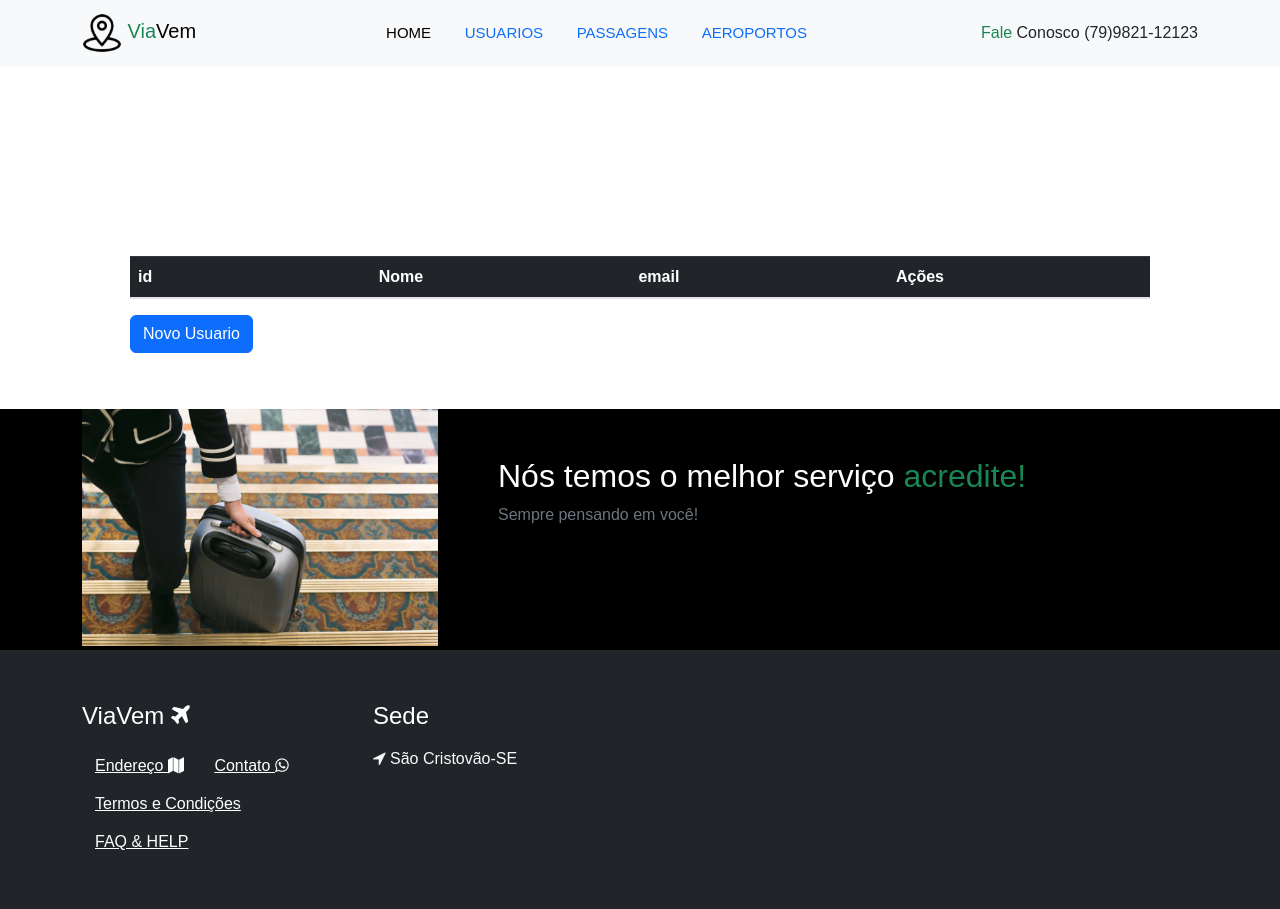
Repository: DavidSaintAnna/Desafio-modulo-4
Page: http://localhost/ViavemMvc/usuario
The author's editor kept a copy of each file at every save. The page is drawn from the files as they stood at one save, then again after the next save.
The browser window is 1280 px wide. The pictures show the whole page.
Some web fonts or font styles are not loaded; a fallback is used. The page is served by Tomcat 9. Other server files are loaded and not shown. Queries for data that is not in the repository find no rows.

Above is the page before, as saved 2023-11-07 22:56:57.
Not found: ViavemMvc/ViavemMvc/script.js

### ViavemMvc/src/main/webapp/views/usuarios/index.jsp
<%@ page language="java" contentType="text/html; charset=ISO-8859-1"
	pageEncoding="ISO-8859-1"%>
<%@ taglib uri="http://java.sun.com/jsp/jstl/core" prefix="jstl"%>

<!DOCTYPE html>
<html lang="pt-br">
<head>
<meta charset="UTF-8">
<meta name="viewport" content="width=device-width, initial-scale=1.0" />
<link rel="icon" href="./assets/img/book-2-fill.svg" type="image/svg" />
<link href="https://cdn.jsdelivr.net/npm/bootstrap@5.2.1/dist/css/bootstrap.min.css" rel="stylesheet">
<link href="https://cdn.jsdelivr.net/npm/remixicon@2.5.0/fonts/remixicon.css" rel="stylesheet">
<meta name="viewport" content="width=device-width, initial-scale=1.0" />
<link rel="stylesheet" href="https://stackpath.bootstrapcdn.com/bootstrap/4.1.3/css/bootstrap.min.css" />
<link href="https://cdn.jsdelivr.net/npm/remixicon@2.5.0/fonts/remixicon.css" rel="stylesheet">
<link rel="icon" type="image/svg+xml" href="assets/images/image 8.svg" />
    <link
      href="https://cdn.jsdelivr.net/npm/bootstrap@5.3.1/dist/css/bootstrap.min.css"
      rel="stylesheet"
      integrity="sha384-4bw+/aepP/YC94hEpVNVgiZdgIC5+VKNBQNGCHeKRQN+PtmoHDEXuppvnDJzQIu9"
      crossorigin="anonymous"
    />
  <link
      rel="stylesheet"
      href="https://cdn.jsdelivr.net/npm/@fortawesome/fontawesome-free@6.2.1/css/fontawesome.min.css"
      integrity="sha384-QYIZto+st3yW+o8+5OHfT6S482Zsvz2WfOzpFSXMF9zqeLcFV0/wlZpMtyFcZALm"
      crossorigin="anonymous"
    />
    <link
      rel="stylesheet"
      href="https://cdnjs.cloudflare.com/ajax/libs/font-awesome/4.7.0/css/font-awesome.min.css"
    />
    <link rel="preconnect" href="https://fonts.googleapis.com" />
    <link rel="preconnect" href="https://fonts.gstatic.com" crossorigin />
    <link
      href="https://fonts.googleapis.com/css2?family=Mulish:wght@400;600;700&display=swap"
      rel="stylesheet"
    />
    <link rel="stylesheet" href="./css/style.css" />
<title>ViaVem | Usuarios</title>
</head>
<body>
		<header class="header">
			 <nav class="navbar navbar-expand-lg bg-light fixed-top">
        <div class="container">
          <a class="navbar-brand" href="#">
            <img src="assets/images/image 8.svg" class="logo" alt="logo" />
            <span class="text-success">Via</span>Vem
          </a>
          <button
            class="navbar-toggler"
            type="button"
            data-bs-toggle="collapse"
            data-bs-target="#navbarNav"
            aria-controls="navbarNav"
            aria-expanded="false"
            aria-label="Toggle navigation"
          >
            <i class="fas fa-stream navbar-toggler-icon"></i>
          </button>
          <div class="collapse navbar-collapse" id="navbarNav">
            <ul class="navbar-nav mx-auto">
		<jsp:include page="../../components/menu.jsp">
			<jsp:param name="home" value="./index.jsp" />
			<jsp:param name="usuarios" value="usuario" />
			<jsp:param name="passagens" value="passagem" />
			<jsp:param name="aeroportos" value="aeroporto" />
		</jsp:include>
		</ul>
            <div class="header_right">
              <div class="text-lg-end">
                <span class="text-success">Fale</span> Conosco
                <span class="phone_no">(79)9821-12123</span>
              </div>
            </div>
          </div>
        </div>
      </nav>
		</header>


<main>
	<h1>Usuarios</h1>
		<section class="container">

			<div class="p-5 mt-10">

				<table class="table table-responsive table-hover">
					<thead class="table-dark custom-thead" >
						<tr>
							<th scope="col">id</th>
							<th scope="col">Nome</th>
							<th scope="col">email</th>
							<th scope="col">Ações</th>
						</tr>
					</thead>
					<tbody class ="custom-tbody">

						<jstl:forEach items="${listaUsuarios}" var="u">
							<tr>
								<td>${u.id}</td>
								<td>${u.nome}</td>
								<td>${u.email}</td>
								<td>
									<div class="d-flex">
										<a href="usuario-edit?id=${u.id}" class="mx-1" title="Editar">
											<i class="ri-file-edit-line"></i>
										</a>
										<a href="usuario-delete?id=${u.id}" class="mx-1" title="Cancelar"
											onclick="return confirm('Deseja excluir o autor ${u.nome}.')">
											<i class="ri-delete-bin-2-line"></i>
										</a>
									</div>
								</td>
							</tr>
						</jstl:forEach>

					</tbody>
				</table>
				<a href="./views/usuarios/create.jsp"
					class="btn btn-primary mb-2 botao1"> Novo Usuario </a>
			</div>
		</section>
	</main>
	 <footer>
      <section id="about" class="bg-black">
        <div class="container">
          <div class="row">
            <div class="col-lg-4 col-md-12 col-12 bg">
              <div class="about-img">
                <img
                  src="assets/images/rolling-suitcase-into-hotel.jpg"
                  alt="travel"
                  class="img-fluid"
                />
              </div>
            </div>
            <div class="col-lg-8 col-md-12 col-12 ps-lg-5 mt-md-5">
              <div class="about-text">
                <h2 class="text-white">
                  Nós temos o melhor serviço
                  <span class="text-success">acredite!</span>
                </h2>
                <p class="text-secondary">Sempre pensando em você!</p>
              </div>
            </div>
          </div>
        </div>
        <div class="container-fluid bg-dark text-light footer pt-1 mt-1">
          <div class="container py-5">
            <div class="row g-5">
              <div class="col-lg-3 col-md-6">
                <h4 class="text-white mb-3">
                  ViaVem <i class="fa fa-plane" aria-hidden="true"></i>
                </h4>
                <a href="#" class="btn btn-link text-white"
                  >Endereço <i class="fa fa-map" aria-hidden="true"></i
                ></a>
                <a href="#" class="btn btn-link text-white"
                  >Contato <i class="fa fa-whatsapp" aria-hidden="true"></i
                ></a>
                <a href="#" class="btn btn-link text-white"
                  >Termos e Condições</a
                >
                <a href="#" class="btn btn-link text-white">FAQ & HELP</a>
              </div>
              <div class="col lg-3 col-md-6">
                <h4 class="text-white mb-3">Sede</h4>
                <p class="mb-2">
                  <i class="fa fa-location-arrow" aria-hidden="true"></i>
                  São Cristovão-SE
                </p>
              </div>
            </div>
          </div>
        </div>
      </section>
    </footer>
    <script
      src="https://cdn.jsdelivr.net/npm/bootstrap@5.3.1/dist/js/bootstrap.bundle.min.js"
      integrity="sha384-HwwvtgBNo3bZJJLYd8oVXjrBZt8cqVSpeBNS5n7C8IVInixGAoxmnlMuBnhbgrkm"
      crossorigin="anonymous"
    ></script>
	<script src="script.js"></script>
	<script src="https://code.jquery.com/jquery-3.3.1.slim.min.js"></script>
	<script src="https://cdnjs.cloudflare.com/ajax/libs/popper.js/1.14.3/umd/popper.min.js"></script>
	<script src="https://stackpath.bootstrapcdn.com/bootstrap/4.1.3/js/bootstrap.min.js"></script>
	<script src="https://cdn.jsdelivr.net/npm/@popperjs/core@2.11.6/dist/umd/popper.min.js"></script>
	<script src="https://cdn.jsdelivr.net/npm/bootstrap@5.2.1/dist/js/bootstrap.min.js"></script>
</body>
</html>

### ViavemMvc/src/main/webapp/components/menu.jsp
<%@ page language="java" contentType="text/html; charset=ISO-8859-1"
	pageEncoding="ISO-8859-1"%>
<ul class="nav justify-content-center">
	<li class="nav-item"><a class="nav-link active"
		aria-current="page" href="<%=request.getParameter("home")%>">Home</a></li>
	<li class="nav-item"><a class="nav-link" href="<%=request.getParameter("usuarios")%>">Usuarios</a>
	</li>
	<li class="nav-item"><a class="nav-link" href="<%=request.getParameter("passagens")%>">Passagens</a></li>
	<li class="nav-item"><a class="nav-link" href="<%=request.getParameter("aeroportos")%>">Aeroportos</a></li>
</ul>

### ViavemMvc/src/main/java/controller/UsuarioController.java
package controller;

import java.io.IOException;
import java.util.List;

import javax.servlet.ServletException;
import javax.servlet.annotation.WebServlet;
import javax.servlet.http.HttpServlet;
import javax.servlet.http.HttpServletRequest;
import javax.servlet.http.HttpServletResponse;

import dao.UsuariosDAO;
import javax.servlet.RequestDispatcher;
import models.Passagens;
import models.Usuarios;

@WebServlet(urlPatterns = { "/usuario", "/usuario-create", "/usuario-edit", "/usuario-update", "/usuario-delete" })
public class UsuarioController extends HttpServlet {
	private static final long serialVersionUID = 1L;
	UsuariosDAO udao = new UsuariosDAO();
	Usuarios usuario = new Usuarios();


    public UsuarioController() {
        super();
        // TODO Auto-generated constructor stub
    }


	protected void doGet(HttpServletRequest request, HttpServletResponse response) throws ServletException, IOException {
		// TODO Auto-generated method stub
		String action = request.getServletPath();
		switch(action) {
		case "/usuario":
			read(request,response);
			break;
		case "/usuario-delete":
			delete(request, response);
			break;
		case "/usuario-create":
			create(request, response);
			break;
		case "/usuario-edit":
			edit(request, response);
			break;
		case "/usuario-update":
			update(request, response);
			break;

		default:
				response.sendRedirect("index.html");
			break;
	}

	}

	protected void read(HttpServletRequest request, HttpServletResponse response) throws ServletException, IOException {
		List<Usuarios> lista = udao.read();
		request.setAttribute("listaUsuarios",lista);
		RequestDispatcher rd = request.getRequestDispatcher("./views/usuarios/index.jsp");
		rd.forward(request,response);
	}

	protected void create(HttpServletRequest request, HttpServletResponse response) throws ServletException, IOException {
		usuario.setNome(request.getParameter("nome"));
		usuario.setEmail(request.getParameter("email"));
		usuario.setSenha(request.getParameter("senha"));
		int id_passagem = Integer.parseInt(request.getParameter("id_passagem"));
		Passagens passagens = new Passagens();
		passagens.setId(id_passagem);
		usuario.setPassagens(passagens);
		udao.create(usuario);
		response.sendRedirect("usuario");
	}

	protected void edit(HttpServletRequest request, HttpServletResponse response) throws ServletException, IOException {
		int id = Integer.parseInt(request.getParameter("id"));

		usuario = udao.readById(id);

		request.setAttribute("usuario", usuario);

		RequestDispatcher rd = request.getRequestDispatcher("./views/usuarios/update.jsp");
		rd.forward(request, response);
	}

	protected void update(HttpServletRequest request, HttpServletResponse response)throws ServletException, IOException {

		usuario.setId(Integer.parseInt(request.getParameter("id")));
		usuario.setNome(request.getParameter("nome"));
		usuario.setEmail(request.getParameter("email"));
		usuario.setSenha(request.getParameter("senha"));

		udao.update(usuario);
		response.sendRedirect("usuario");
	}

	protected void delete(HttpServletRequest request, HttpServletResponse response) throws ServletException, IOException {
		int id = Integer.parseInt(request.getParameter("id"));
		udao.delete(id);
		response.sendRedirect("usuario");
	}



}

### ViavemMvc/src/main/java/factory/ConnectionFactory.java
package factory;

import java.sql.Connection;
import java.sql.DriverManager;

public class ConnectionFactory {
    private static final String USERNAME = "root";

    private static final String PASSWORD = "1234";

    private static final String DATABASE_URL = "jdbc:mysql://localhost:3306/db";

    public static Connection createConnectionToMySQL() throws Exception {
    	Class.forName("com.mysql.cj.jdbc.Driver");
        Connection connection = DriverManager.getConnection(DATABASE_URL, USERNAME, PASSWORD);
        return connection;
    }

    public static void main(String[] args) throws Exception {
        Connection con = createConnectionToMySQL();
        if (con != null) {
            System.out.println("connection started!");
            con.close();
        }
    }
}

### ViavemMvc/src/main/webapp/css/style.css
* {
  margin: 0;
  padding: 0;
  box-sizing: border-box;
  -webkit-font-smoothing: antialiased;
  -moz-osx-font-smoothing: grayscale;
}

html,
body,
input {
  font-family: "Mulish", sans-serif;
}

.logo {
  width: 2.5rem;
  height: 2.5rem;
}



ul {
	display: flex;
	gap : 1.1rem;

}

.section-padding {
  padding: 100px 0;
}

.carousel-item {
  height: 100vh;
  min-height: 300px;
}

.carousel-caption {
  border-bottom: 220px;
  z-index: 2;
}

.carousel-caption h5 {
  font-size: 45px;
  text-transform: uppercase;
  letter-spacing: 2px;
  margin-top: 25px;
}

.carousel-caption p {
  width: 60%;
  margin: auto;
  font-size: 18px;
  line-height: 1.9;
}
.navbar-nav a {
  font-size: 15px;
  text-transform: uppercase;
  font-weight: 500;
}

.navbar-light .navbar-brand {
  color: #000;
  font-size: 25px;
  text-transform: uppercase;
  font-weight: 700;
  letter-spacing: 2px;
}

.w-100 {
  height: 100vh;
}

.custom-thead th,
.custom-tbody td {
  width: 600px; /* Adjust the width as needed */
}

.mt-10 {
	margin-top: 10rem;
}
h1 {
	color: black;
}
@media only screen and (min-width: 768px) and (max-width: 991px) {
  .carousel-caption {
    bottom: 370px;
  }
  .carousel-caption p {
    width: 100%;
  }

}


@media only screen and (max-width: 767px) {
  .navbar-nav {
    text-align: center;
  }
  .carousel-caption {
    bottom: 125px;
  }
  .carousel-caption h5 {
    font-size: 17px;
  }
  .carousel-caption a {
    padding: 10px 15px;
  }
  .carousel-item {
    height: 67vh;
    min-height: 300px;
  }
  .carousel-inner > img {
    height: 53vh;
  }
  .w-100 {
    height: 53vh;
  }
}

### ViavemMvc/src/main/webapp/assets/images/image 8.svg
<svg width="292" height="292" viewBox="0 0 292 292" fill="none" xmlns="http://www.w3.org/2000/svg" xmlns:xlink="http://www.w3.org/1999/xlink">
<rect width="292" height="292" fill="url(#pattern0)"/>
<defs>
<pattern id="pattern0" patternContentUnits="objectBoundingBox" width="1" height="1">
<use xlink:href="#image0_10_7" transform="scale(0.00195312)"/>
</pattern>
<image id="image0_10_7" width="512" height="512" xlink:href="data:[embedded picture, 24286 characters]"/>
</defs>
</svg>

After the next save:
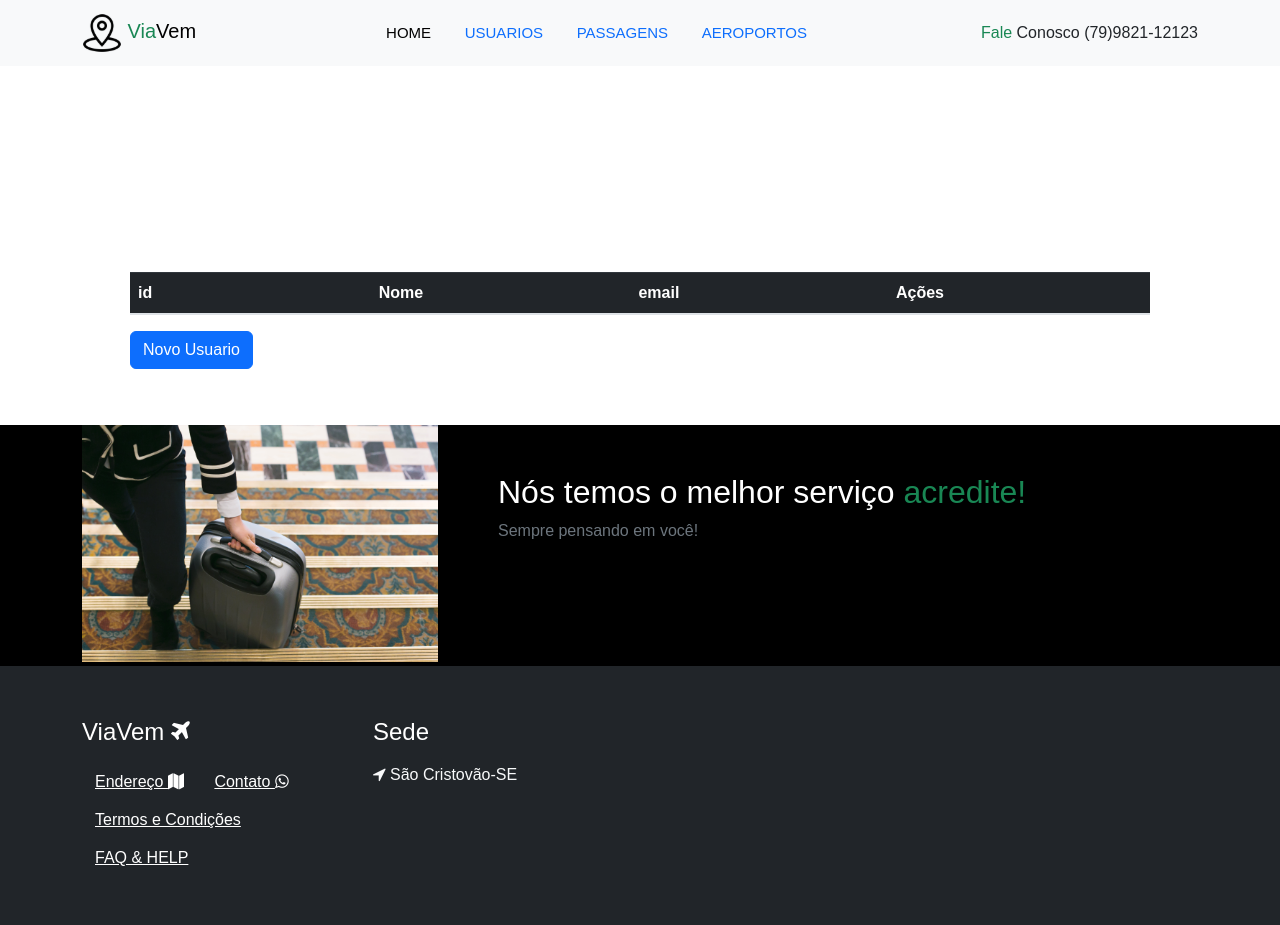
Saved 57 s later.
--- a/ViavemMvc/src/main/webapp/views/usuarios/index.jsp
+++ b/ViavemMvc/src/main/webapp/views/usuarios/index.jsp
@@ -80,7 +80,7 @@
 
 
 <main>
-	<h1>Usuarios</h1>
+	<p>Usuarios</p>>
 		<section class="container">
 
 			<div class="p-5 mt-10">
